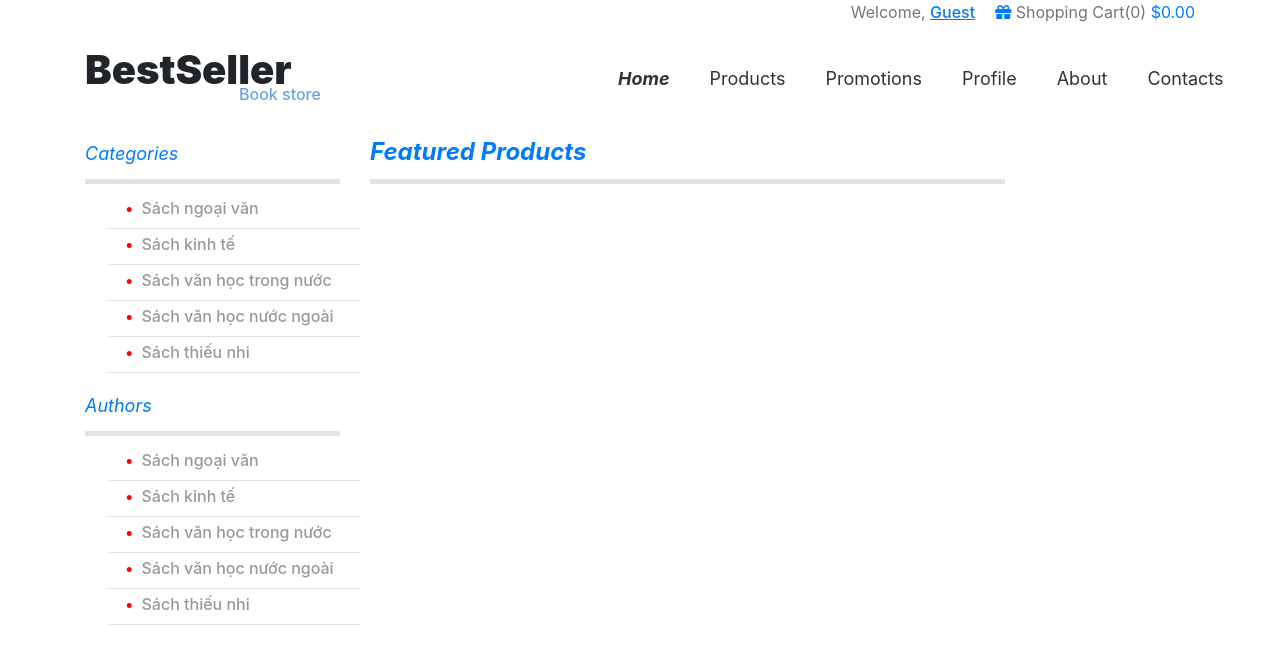
Repository: phunobi1807/BestSeller
Page: index.html
An editor plug-in stored every save of this project. The page is shown before and after the next save, followed by the edit.
The browser window is 1280 px wide. The pictures show the whole page.

Above is the page before, as saved 2021-06-28 23:30:00.

### index.html
<!DOCTYPE html>
<html lang="en">
<head>
    <meta charset="UTF-8">
    <meta http-equiv="X-UA-Compatible" content="IE=edge">
    <meta name="viewport" content="width=device-width, initial-scale=1.0">
    <title>BestSeller</title>
    <link rel="stylesheet" href="./css/style.css">
</head>
<body>
    <header id="header">
        <div class="container">
            <div class="top-header">
                <div class="top-nav">
                    <p class="top-nav__text">Welcome, <a href="#" class="top-nav__text-link">Guest</a></p>
                    <div class="top-nav__shopping-cart">
                        <i  class="top-nav__icon fas fa-gift"></i>
                        <span class="top-nav__cart">Shopping Cart(0) <a href="#">$0.00</a></span>
                    </div>
                </div>
                <div class="navigation">
                    <div class="row">
                        <div class="col-lg-4">
                            <div class="navigation-logo">
                                <div class="navigation-logo__text">
                                    <span class="navigation-logo__text-big">BestSeller</span>
                                    <span class="navigation-logo__text-small">Book store</span>
                                </div>
                            </div>
                        </div>
                        <div class="col-lg-6">
                           <ul class="navigation-menu">
                               <li class="navigation-menu__item navigation-menu__item--active" >Home</li>
                               <li class="navigation-menu__item">Products</li>
                               <li class="navigation-menu__item">Promotions</li>
                               <li class="navigation-menu__item">Profile</li>
                               <li class="navigation-menu__item">About</li>
                               <li class="navigation-menu__item">Contacts</li>
                           </ul>
                        </div>
                    </div>
                </div>
            </div>
        </div>
    </header>
    <div id="content">
        <div class="container">
            <div class="row">
                <div class="col-sm-3">
                    <div class="side-bar">
                        <p class="side-bar__title side-bar__title--one">
                            Categories
                        </p>
                        <ul class="side-bar__list side-bar__list--one">
                            <li class="side-bar__list-item">Sách ngoại văn</li>
                            <li class="side-bar__list-item">Sách kinh tế</li>
                            <li class="side-bar__list-item">Sách văn học trong nước</li>
                            <li class="side-bar__list-item">Sách văn học nước ngoài</li>
                            <li class="side-bar__list-item">Sách thiếu nhi</li>
                        </ul>
                        <p class="side-bar__title side-bar__title--two">
                            Authors
                        </p>
                        <ul class="side-bar__list side-bar__list--two">
                            <li class="side-bar__list-item">Sách ngoại văn</li>
                            <li class="side-bar__list-item">Sách kinh tế</li>
                            <li class="side-bar__list-item">Sách văn học trong nước</li>
                            <li class="side-bar__list-item">Sách văn học nước ngoài</li>
                            <li class="side-bar__list-item">Sách thiếu nhi</li>
                        </ul>
                    </div>
                </div>
                <div class="col-sm-7">
                    <div class="products">
                        <p class="product__title">
                            Featured Products
                        </p>
                    </div>
                </div>
            </div>
        </div>
    </div>
<link rel="stylesheet" href="https://use.fontawesome.com/releases/v5.15.3/css/all.css" integrity="sha384-SZXxX4whJ79/gErwcOYf+zWLeJdY/qpuqC4cAa9rOGUstPomtqpuNWT9wdPEn2fk" crossorigin="anonymous">
<link rel="stylesheet" href="https://maxcdn.bootstrapcdn.com/bootstrap/4.5.2/css/bootstrap.min.css">
<script src="https://ajax.googleapis.com/ajax/libs/jquery/3.5.1/jquery.min.js"></script>
<script src="https://cdnjs.cloudflare.com/ajax/libs/popper.js/1.16.0/umd/popper.min.js"></script>
<script src="https://maxcdn.bootstrapcdn.com/bootstrap/4.5.2/js/bootstrap.min.js"></script>
</body>
</html>

### css/style.css
@import url(https://fonts.googleapis.com/css2?family=Roboto:wght@100;200;300;400;500;600;800;900&display=swap);
:root {
    --color-primary: #007bff;
}

* {
    box-sizing: inherit;
}

html {
    box-sizing: border-box;
    margin: 0;
    font-family: 'Roboto', sans-serif;
}

/* top nav  */

.top-nav {
    display: flex;
    justify-content: flex-end;
}

.top-nav__text {
    padding: 0 20px;
}

.top-nav__text-link {
    font-weight: 500;
    text-decoration: underline;
}

.top-nav__text, .top-nav__cart {
    color: #767575;
}

.top-nav__icon {
    color: var(--color-primary);
}

/* logo-menu  */

.navigation-logo {
    position: relative;
}

.navigation-logo__text-big {
    font-size: 40px;
    font-weight: 900;
}

.navigation-logo__text-small {
    position: absolute;
    bottom: 0;
    left: 44%;
    top: 70%;
    color: #68a4e5;
    font-weight: 500;
}

/* Danh sach menu  */

.navigation-menu {
    display: flex;
    line-height: 78px;
    list-style: none;
    padding: 0 133px;
}

.navigation-menu__item--active {
    font-style: italic;
    font-weight: bold;
}

.navigation-menu__item {
    font-size: 18px;
    color: #333;
    margin: 0 20px;
}

/* Content  */

.side-bar__title {
    position: relative;
    color: var(--color-primary);
    line-height: 40px;
    font-size: 18px;
    font-style: italic;
}

.side-bar__title--one {}

.product__title {
    position: relative;
    color: var(--color-primary);
    font-weight: 700;
    font-style: italic;
    font-size: 24px;
}

.side-bar__title::after {
    position: absolute;
    content: "";
    left: 0;
    top: 45px;
    width: 100%;
    height: 5px;
    background-color: #e7e1e1;
}

.product__title::after {
    position: absolute;
    content: "";
    left: 0;
    top: 45px;
    width: 100%;
    height: 5px;
    background-color: #e7e1e1;
}

/* Side bar */

.side-bar__list {
    /* padding-left: 19px; */
}

.side-bar__list-item {
    position: relative;
    padding: 6px 0;
    color: #999;
    font-weight: 500;
    list-style: none;
}

.side-bar__list-item::before {
    content: '\2022 ';
    /* Bullet color */
    color: red;
    padding-right: 0.5em;
}

.side-bar__list-item::after {
    position: absolute;
    content: "";
    left: -18px;
    bottom: -3px;
    width: 254px;
    height: 1px;
    background-color: #e7e1e1;
}

After the next save:
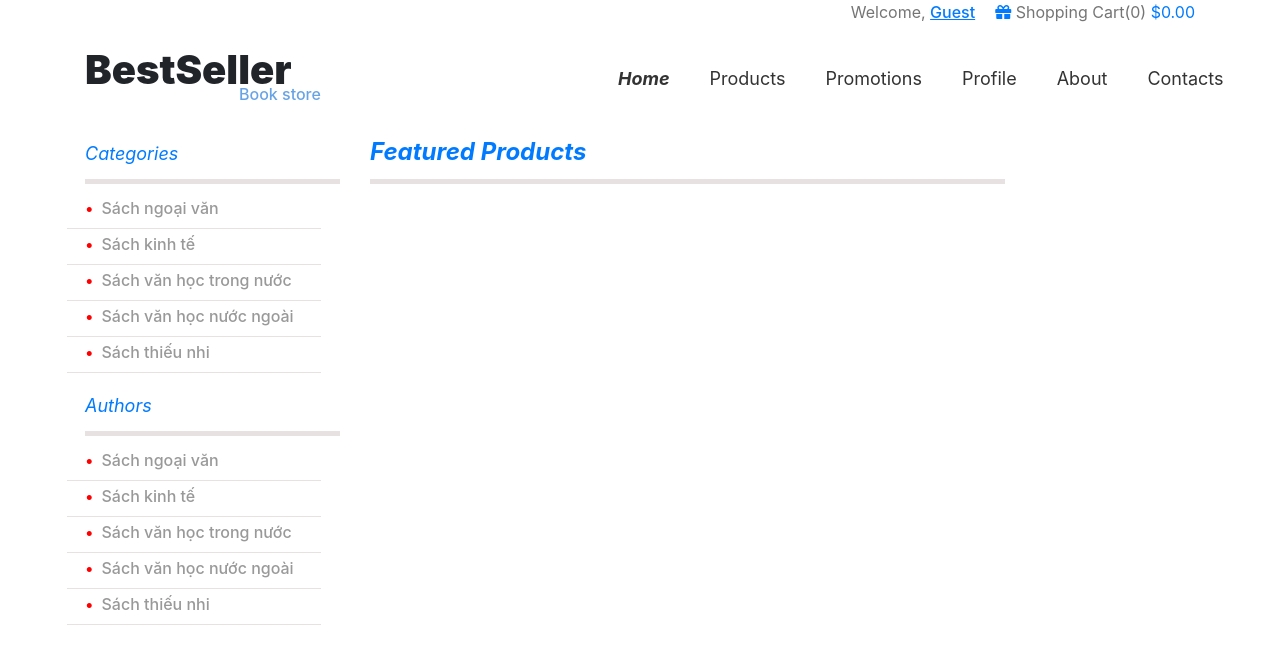
Saved 17 s later.
--- a/css/style.css
+++ b/css/style.css
@@ -120,7 +120,7 @@ html {
 /* Side bar */
 
 .side-bar__list {
-    /* padding-left: 19px; */
+    padding-left: 0;
 }
 
 .side-bar__list-item {
